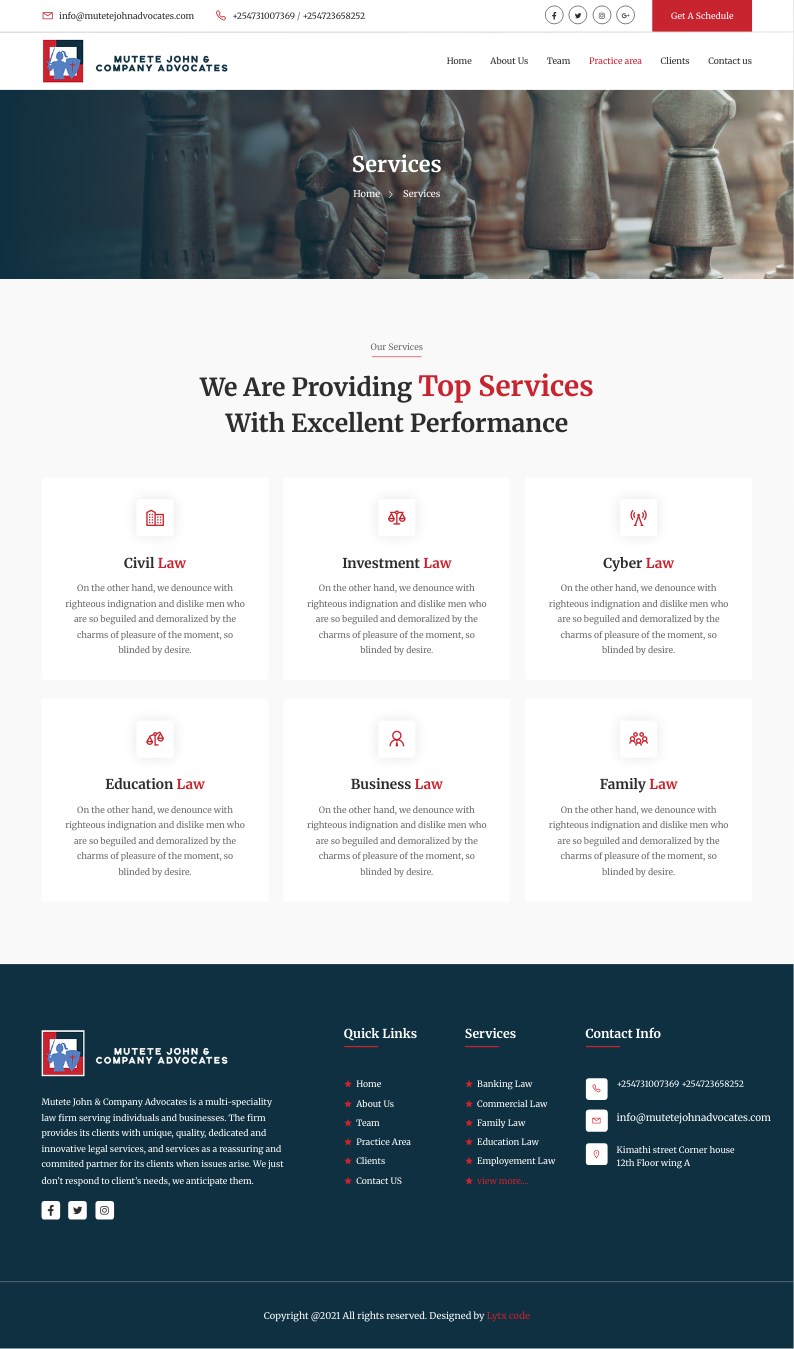
Repository: Samkiroko/mutete_john_website
Page: practice_area.html
The author's editor kept a copy of each file at every save. The page is drawn from the files as they stood at one save, then again after the next save.
The browser window is 1280 px wide. The pictures show the whole page, at 62% of full size.

Above is the page before, as saved 2021-10-13 15:05:34.

After the next save:
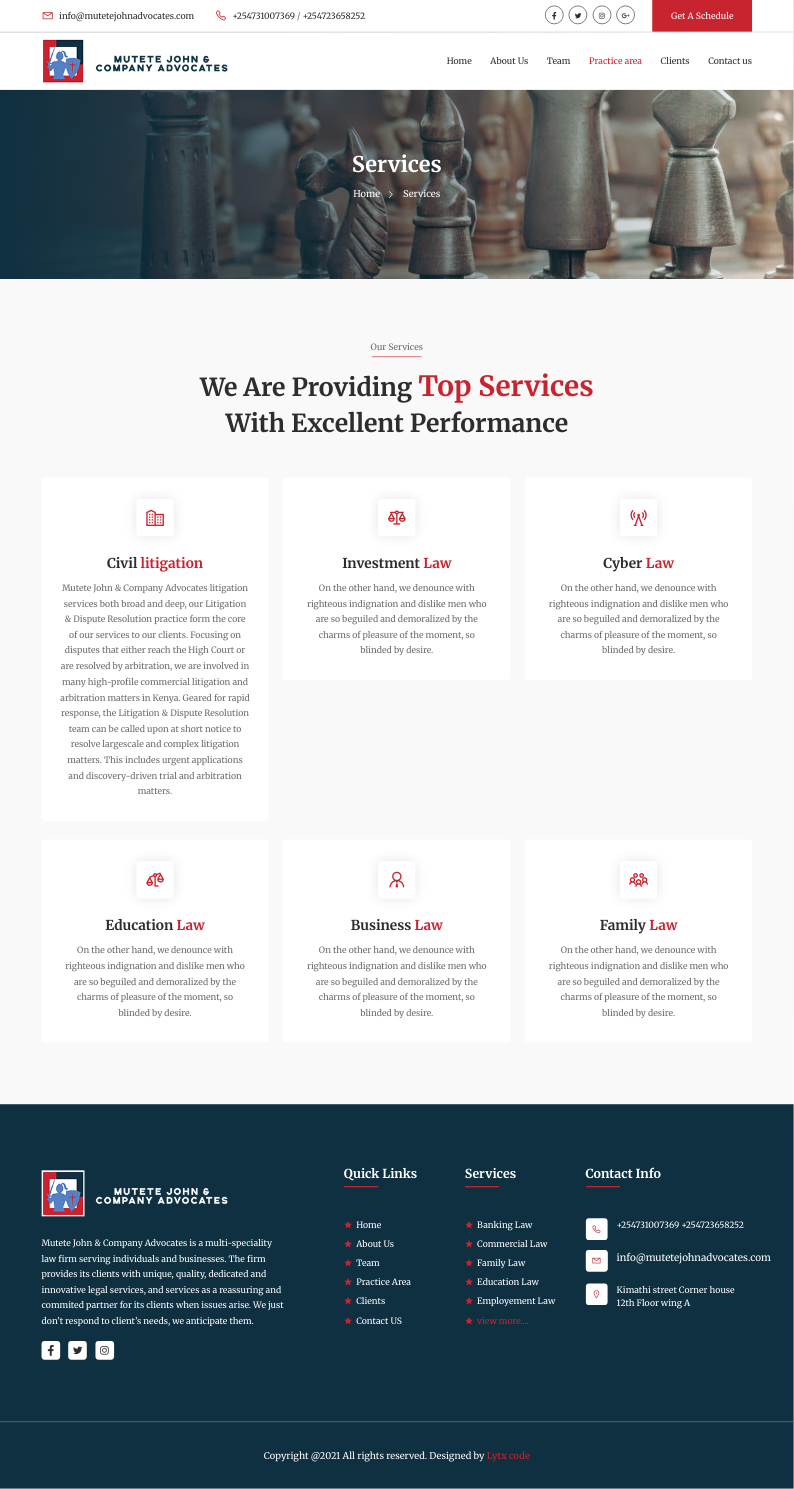
Saved 2 min 37 s later.
--- a/practice_area.html
+++ b/practice_area.html
@@ -166,9 +166,11 @@
                 <div class="col-lg-4 col-sm-6">
                     <div class="our-service-card">
                         <i class="las la-city"></i>
-                        <h3>Civil<span> Law</span></h3>
-                        <p>
-                            On the other hand, we denounce with righteous indignation and dislike men who are so beguiled and demoralized by the charms of pleasure of the moment, so blinded by desire.
+                        <h3>Civil<span> litigation</span></h3>
+                        <p>
+                            Mutete John & Company Advocates litigation services both broad and deep, our Litigation & Dispute Resolution practice form the core of our services to our clients. Focusing on disputes that either reach the High Court or are resolved by arbitration, we
+                            are involved in many high-profile commercial litigation and arbitration matters in Kenya. Geared for rapid response, the Litigation & Dispute Resolution team can be called upon at short notice to resolve largescale and complex
+                            litigation matters. This includes urgent applications and discovery-driven trial and arbitration matters.
                         </p>
                     </div>
                 </div>
